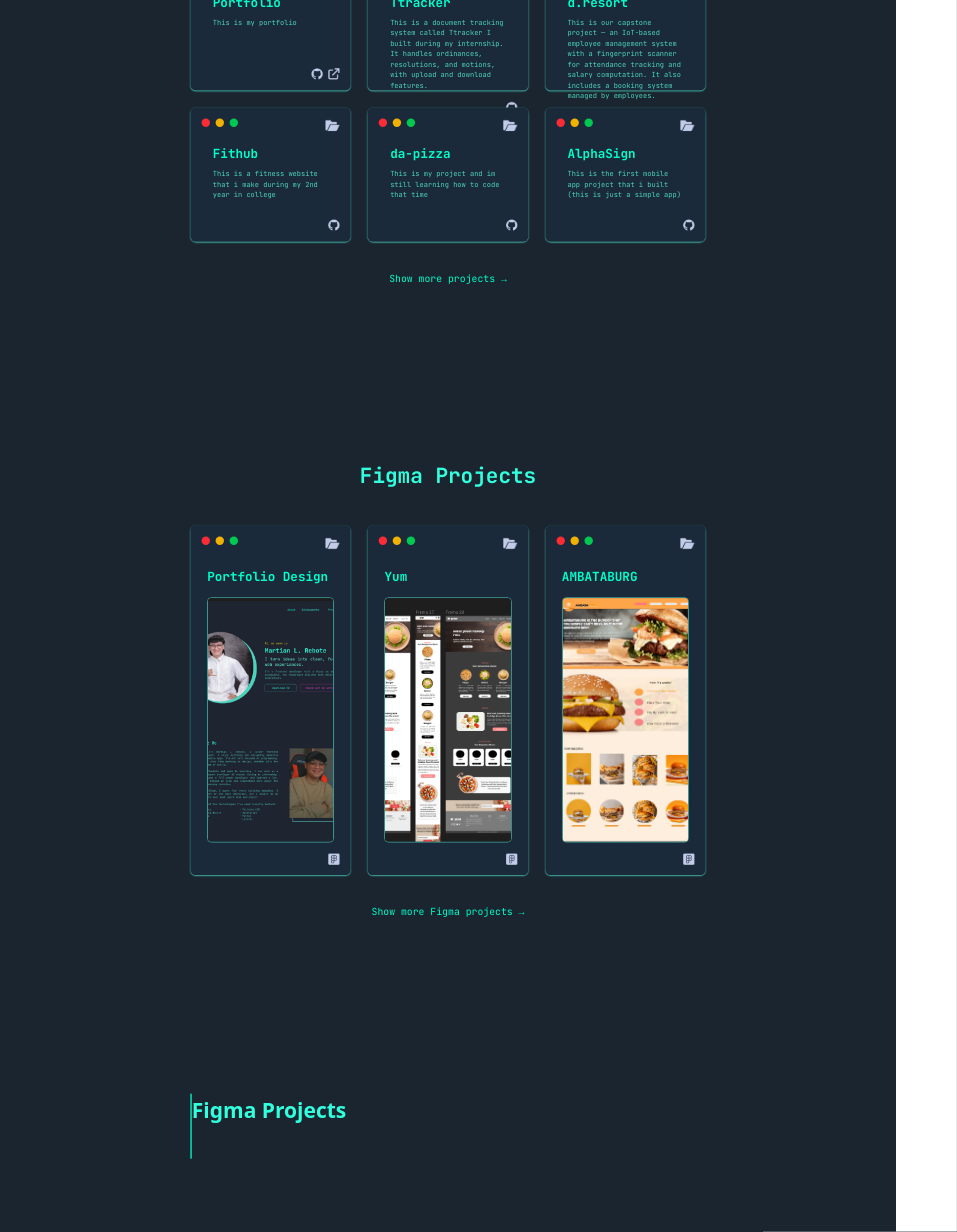
Repository: m4rsu-code/Portfolio
Page: / (app in my-portfolio/)
The author's editor kept a copy of each file at every save. The page is drawn from the files as they stood at one save, then again after the next save.
The browser window is 1280 px wide. The page is 1367 px wide, so the pictures cover 1367 px, including what lies to the right of the window. The pictures show the part of the page from y = 3038 to 4798 px (the page is 4798 px tall), at 70% of full size.
The project was rebuilt for these pictures with package versions that can differ from the ones it lists, and the page was loaded fresh each time. Also part of the build but not shown: my-portfolio/vite.config.js, my-portfolio/src/assets/components/Modal/AchievementModal.jsx, my-portfolio/src/AchievementsPage.jsx, my-portfolio/src/ProjectPage.jsx, my-portfolio/src/FigmaProjectsPage.jsx.

Above is the page before, as saved 2025-08-04 18:11:31.

### my-portfolio/src/main.jsx
import { StrictMode } from "react";
import { createRoot } from "react-dom/client";
import { BrowserRouter as Router, Routes, Route } from "react-router-dom";
import "./assets/CSS/index.css";
import App from "./App.jsx";
import AchievementsPage from "./AchievementsPage.jsx";
import ProjectPage from "./ProjectPage.jsx";
import FigmaProjectsPage from "./FigmaProjectsPage.jsx";
import ScrollToTop from "./assets/components/ScrollToTop.jsx";

createRoot(document.getElementById("root")).render(
  <StrictMode>
    <Router>
      <ScrollToTop />
      <Routes>
        <Route path="/" element={<App />} />
        <Route path="/achievements" element={<AchievementsPage />} />
        <Route path="/projects" element={<ProjectPage />} />
        <Route path="/figma-projects" element={<FigmaProjectsPage />} />
      </Routes>
    </Router>
  </StrictMode>
);

### my-portfolio/src/assets/CSS/index.css
@import "tailwindcss";

@layer base {
  .font-jetbrains-mono {
    font-family: 'JetBrains Mono', monospace;
  }
}

### my-portfolio/src/App.jsx
import { useState } from 'react';
import { Link } from 'react-router-dom';
import Navbar from './assets/components/Navbar';
import AchievementModal from './assets/components/Modal/AchievementModal';
import './assets/CSS/animation.css';
import { achievements, projects, figmaProjects } from './assets/components/data';
import ScrollToTopButton from './assets/components/ScrollToTopButton';

function App() {
  const [isModalOpen, setIsModalOpen] = useState(false);
  const [selectedAchievement, setSelectedAchievement] = useState(null);

  const openModal = (achievement) => {
    setSelectedAchievement(achievement);
    setIsModalOpen(true);
  };

  const closeModal = () => {
    setIsModalOpen(false);
    setSelectedAchievement(null);
  };

  return (
    <div className='min-h-screen bg-[#1A252F]'>
      <Navbar />
      <ScrollToTopButton />
      <div className='w-full px-60 py-10'>
        {/* Introduction Section */}
        <div className="flex flex-col items-center justify-center mt-30">
          <div className="flex flex-col md:flex-row items-center justify-center gap-35 px-8 py-16">
            {/* Image with Glowing Effect */}
            <div className="relative">
              <div className="rounded-full border-[2px] border-[#00FFCC] overflow-hidden w-[500px] h-[500px] animate-glow">
                <img
                  src="/Images/me.png"
                  alt="Martian L. Rebote"
                  className="object-cover w-full h-full"
                />
              </div>
            </div>

            {/* Text Content */}
            <div className="text-center md:text-left font-jetbrains-mono">
              <div className='w-full md:w-[750px]'>
                <p className="text-[#FFEA00] text-[18px]">Hi, my name is</p>
                <h1 className="text-[#00FFCC] text-[45px] font-bold mt-2">Martian L. Rebote</h1>
                <p className="text-base text-[30px] font-bold text-[#57CDB9] mt-4">
                  I turn ideas into clean, functional web experiences.
                </p>
                <p className="mt-4 text-[#4CD2BC] leading-relaxed text-[18px]">
                  I’m a frontend developer with a focus on building fast, accessible, and responsive websites that deliver great user experiences.
                </p>
              </div>

              <div className="mt-6 flex flex-col sm:flex-row items-center gap-4">
                <a href="/Martian_Rebote_CV.pdf" className="border border-[#00FFCC] px-5 py-2 rounded-md text-[#00FFCC] hover:bg-[#00FFCC] hover:text-black transition-colors">
                  Download CV
                </a>
                <a href="#projects" className="border border-[#FF38E5] px-5 py-2 rounded-md text-[#FF38E5] hover:bg-[#FF38E5] hover:text-black transition-colors">
                  Check out my work!
                </a>
              </div>
            </div>
          </div>
        </div>

        {/* About Me Section */}
        <div id="about" className="flex flex-col mt-30">
          <div className='flex flex-col md:flex-row items-center justify-between gap-10 px-8 py-16'>
            <div className='w-full md:w-[800px] text-left font-jetbrains-mono'>
              <h2 className='text-[#31FFDD] text-[30px] font-bold mb-7'>About Me</h2>
              <div className='w-full md:w-[900px] text-justify px-5'>
                <p className='text-[#4CD2BC] text-[18px] mt-4'>
                  Hi, I’m Martian L. Rebote, a junior frontend developer. I enjoy building and designing websites and mobile apps. I’m not only focused on programming, but I also like working on design, whether it’s for the web or mobile.
                </p>
                <p className='text-[#4CD2BC] text-[18px] mt-4'>
                  I’m flexible and open to learning. I can work as a full-stack developer if needed. During my internship, I became a full-stack developer and learned a lot, which helped me grow and understand more about the programming industry.
                </p>
                <p className='text-[#4CD2BC] text-[18px] mt-4'>
                  Some of the technologies I’ve used recently include:
                </p>

                <div className='flex flex-col sm:flex-row gap-10 mt-4'>
                  <ul className='text-[#4CD2BC] text-[18px] mt-2 list-disc pl-5'>
                    <li>React</li>
                    <li>React-Native</li>
                    <li>HTML</li>
                    <li>CSS</li>
                  </ul>
                  <ul className='text-[#4CD2BC] text-[18px] mt-2 list-disc pl-5'>
                    <li>Tailwind CSS</li>
                    <li>JavaScript</li>
                    <li>Python</li>
                    <li>Laravel</li>
                  </ul>
                </div>
              </div>
            </div>

            <div className="relative image-container w-[380px] h-[450px] group cursor-pointer">
              <div className="absolute left-5 w-full h-full border-3 border-[#00FFCC] rounded-[10px] uneven-box z-0 transition-transform duration-300 ease-in-out"></div>
              <div className="relative z-10 rounded-[10px] overflow-hidden w-full h-full transition-transform duration-300 ease-in-out group-hover:translate-x-[-10px] group-hover:translate-y-[-10px]">
                <img
                  src="/Images/me2.jpg"
                  alt="Martian L. Rebote"
                  className="object-cover w-full h-full"
                />
              </div>
            </div>
          </div>
        </div>

        {/* Achievements Section */}
        <div id="achievements" className="flex flex-col mt-30 px-8 py-16 font-jetbrains-mono">
          <h2 className="text-[#31FFDD] text-[30px] font-bold mb-12">Notable Achievements</h2>

          {/* Cards Grid - Limited to first 2 achievements */}
          <div>
            {/* First Row */}
            <div className="grid md:grid-cols-2 gap-10">
              {/* Left card (code-like box with image) */}
              <div className="bg-[#1B2A3A] rounded-lg p-4 flex flex-col h-96">
                <div className="flex gap-2 mb-4">
                  <div className="w-3 h-3 bg-red-500 rounded-full"></div>
                  <div className="w-3 h-3 bg-yellow-500 rounded-full"></div>
                  <div className="w-3 h-3 bg-green-500 rounded-full"></div>
                </div>
                <div
                  className="border border-[#4CD2BC] rounded-md flex-grow overflow-hidden group cursor-pointer"
                  onClick={() => openModal(achievements[0])}
                >
                  <img
                    src={achievements[0].image}
                    alt="Achievement Image"
                    className="w-full h-full object-cover transition-transform duration-300 ease-in-out group-hover:scale-110"
                  />
                </div>
              </div>

              {/* Right card (trophy + achievement with text) */}
              <div className="flex flex-col h-64">
                <p className="text-[#31FFDD] text-sm mb-2">Featured Achievement</p>
                <h3 className="text-[#31FFDD] text-lg font-bold flex items-center gap-2">
                  🏆 {achievements[0].title}
                </h3>
                <div className="border border-[#4CD2BC] rounded-md flex-grow mt-4 p-4 text-[#4CD2BC] text-sm overflow-auto">
                  {achievements[0].description}
                </div>
                <p className="text-[#4CD2BC] text-sm mt-2">Date: {achievements[0].date}</p>
              </div>
            </div>

            {/* Second Row */}
            <div className="grid md:grid-cols-2 gap-10 mt-10">
              {/* Left card (trophy + achievement with text) */}
              <div className="flex flex-col h-64">
                <p className="text-[#31FFDD] text-sm mb-2">Featured Achievement</p>
                <h3 className="text-[#31FFDD] text-lg font-bold flex items-center gap-2">
                  🏆 {achievements[1].title}
                </h3>
                <div className="border border-[#4CD2BC] rounded-md flex-grow mt-4 p-4 text-[#4CD2BC] text-sm overflow-auto">
                  {achievements[1].description}
                </div>
                <p className="text-[#4CD2BC] text-sm mt-2">Date: {achievements[1].date}</p>
              </div>

              {/* Right card (code-like box with image) */}
              <div className="bg-[#1B2A3A] rounded-lg p-4 flex flex-col h-96">
                <div className="flex gap-2 mb-4">
                  <div className="w-3 h-3 bg-red-500 rounded-full"></div>
                  <div className="w-3 h-3 bg-yellow-500 rounded-full"></div>
                  <div className="w-3 h-3 bg-green-500 rounded-full"></div>
                </div>
                <div
                  className="border border-[#4CD2BC] rounded-md flex-grow overflow-hidden group cursor-pointer"
                  onClick={() => openModal(achievements[1])}
                >
                  <img
                    src={achievements[1].image}
                    alt="Achievement Image"
                    className="w-full h-full object-cover transition-transform duration-300 ease-in-out group-hover:scale-110"
                  />
                </div>
              </div>
            </div>
          </div>

          {/* Show more link */}
          <div className="text-center mt-10">
            <Link
                to="/achievements"
                state={{ achievements }}
                className="text-[#31FFDD] text-sm hover:underline"
              >
                Show more achievements →
              </Link>
          </div>
        </div>

        {/* Project Section */}
        <div id='projects' className="flex flex-col mt-30 px-8 py-16 font-jetbrains-mono">
          <h2 className="text-[#31FFDD] text-[30px] text-center font-bold mb-12">Featured Projects</h2>
          <div className="grid grid-cols-1 sm:grid-cols-2 lg:grid-cols-3 gap-6">
            {projects.slice(0, 6).map((project) => (
              <div
                key={project.id}
                className="bg-[#1B2A3A] rounded-lg p-4 flex flex-col h-48 relative group shadow-xs shadow-[#4CD2BC] cursor-pointer transform transition-transform duration-300 ease-in-out hover:-translate-y-2"
              >
                <div className="flex gap-2">
                  <div className="w-3 h-3 bg-red-500 rounded-full"></div>
                  <div className="w-3 h-3 bg-yellow-500 rounded-full"></div>
                  <div className="w-3 h-3 bg-green-500 rounded-full"></div>
                  <div className="justify-end ml-auto">
                    <img src="/Images/open-folder.png" alt="Folder Icon" className="w-5 h-5" />
                  </div>
                </div>
                <div className="text-left rounded-md flex-grow p-4">
                  <h3 className="text-[#00FFCC] text-[18px] font-bold mb-2">{project.title}</h3>
                  <p className="text-[#4CD2BC] text-[10px]">{project.description}</p>
                </div>
                <div className="flex justify-end gap-2">
                  {project.githubLink ? (
                    <a href={project.githubLink} target="_blank" rel="noopener noreferrer" aria-label={`View ${project.title} on GitHub`}>
                      <img
                        src="/Images/github.png"
                        alt="GitHub Icon"
                        className="w-4 h-4 hover:invert hover:brightness-0 hover:sepia hover:saturate-[100%]"
                      />
                    </a>
                  ) : (
                    <img
                      src="/Images/github.png"
                      alt="GitHub Icon"
                      className="w-4 h-4 hover:invert hover:brightness-0 hover:sepia hover:saturate-[100%]"
                    />
                  )}
                  {project.title === 'Portfolio' && project.link && (
                    <a href={project.link} target="_blank" rel="noopener noreferrer" aria-label="View Portfolio Website">
                      <img
                        src="/Images/link.png"
                        alt="Link Icon"
                        className="w-4 h-4 hover:invert hover:brightness-0 hover:sepia hover:saturate-[100%]"
                      />
                    </a>
                  )}
                </div>
              </div>
            ))}
          </div>

          {projects.length > 6 && (
            <div className="text-center mt-10">
              <Link
                to="/projects"
                state={{ projects }}
                className="text-[#00FFCC] text-sm hover:underline"
              >
                Show more projects →
              </Link>
            </div>
          )}
        </div>

        {/* Figma Projects Section */}
        <div className="flex flex-col mt-30 px-8 py-16 font-jetbrains-mono">
          <h2 className="text-[#31FFDD] text-[30px] text-center font-bold mb-12">Figma Projects</h2>
          <div className="grid grid-cols-1 sm:grid-cols-2 lg:grid-cols-3 gap-6">
            {figmaProjects.slice(0, 3).map((project) => (
              <div
                key={project.id}
                className="bg-[#1B2A3A] rounded-lg p-4 flex flex-col h-[500px] relative group shadow-xs shadow-[#4CD2BC] cursor-pointer transform transition-transform duration-300 ease-in-out hover:-translate-y-2"
              >
                {/* Header with window controls and folder icon */}
                <div className="flex gap-2 mb-4">
                  <div className="w-3 h-3 bg-red-500 rounded-full"></div>
                  <div className="w-3 h-3 bg-yellow-500 rounded-full"></div>
                  <div className="w-3 h-3 bg-green-500 rounded-full"></div>
                  <div className="justify-end ml-auto">
                    <img src="/Images/open-folder.png" alt="Folder Icon" className="w-5 h-5" />
                  </div>
                </div>

                {/* Project Title */}
                <div className="flex items-start justify-start p-2">
                  <h3 className="text-[#00FFCC] text-[18px] font-bold">{project.title}</h3>
                </div>

                {/* Image with Border and No Overlap */}
                <div className="flex-grow flex items-center justify-center p-2">
                  <div className="border border-[#4CD2BC] rounded-md w-full h-[350px] overflow-hidden ">
                    <img
                      src={project.image}
                      alt={`${project.title} Image`}
                      className="w-full h-full object-cover"
                      onError={(e) => (e.target.src = '/Images/fallback.png')}
                      loading="lazy"
                    />
                  </div>
                </div>

                {/* Figma Link */}
                <div className="flex justify-end gap-2 mt-2">
                  {project.figmaLink && (
                    <a
                      href={project.figmaLink}
                      target="_blank"
                      rel="noopener noreferrer"
                      aria-label={`View ${project.title} on Figma`}
                    >
                      <img
                        src="/Images/figma.png"
                        alt="Figma Icon"
                        className="w-4 h-4 hover:invert hover:brightness-0 hover:sepia hover:saturate-[100%]"
                      />
                    </a>
                  )}
                </div>
              </div>
            ))}
          </div>
          {figmaProjects.length > 3 && (
            <div className="text-center mt-10">
              <Link
                to="/figma-projects"
                state={{ figmaProjects }}
                className="text-[#00FFCC] text-sm hover:underline"
              >
                Show more Figma projects →
              </Link>
            </div>
          )}
        </div>

        {/* Contact section */}
        <div className='className="flex flex-col mt-30 px-8 py-16 font-jetbrains-mono"'>
          <div className='flex'>
            <div className='border border-[#00FFCC]'></div>
            <h2 className="text-[#31FFDD] text-[30px] text-center font-bold mb-12">Figma Projects</h2>
          </div>
        </div>

        {/* Modal */}
        {isModalOpen && selectedAchievement && (
          <AchievementModal
            image={selectedAchievement.image}
            title={selectedAchievement.title}
            description={selectedAchievement.description}
            date={selectedAchievement.date}
            onClose={closeModal}
          />
        )}
      </div>
    </div>
  );
}

export default App;

### my-portfolio/src/assets/components/ScrollToTop.jsx
import { useEffect } from 'react';
import { useLocation } from 'react-router-dom';

const ScrollToTop = () => {
  const { pathname } = useLocation();

  useEffect(() => {
    // Scrolls to the top of the window on pathname change
    window.scrollTo(0, 0);
  }, [pathname]);

  return null;
};

export default ScrollToTop;

### my-portfolio/src/assets/components/Navbar.jsx
import React from 'react';
import '../CSS/Navbar.css'; // Import the CSS for styling

function Navbar() {
  return (
    <nav className="w-full px-10 py-4 flex justify-between items-center fixed top-0 left-0 z-50 bg-transparent backdrop-blur-md font-jetbrains-mono">
      {/* Logo on the left */}
      <a href="/" className='text-3xl font-bold text-[#FF38E5] cursor-pointer'>m4rsu</a>
      {/* Navigation links on the right */}
      <div className='flex gap-10 text-base'>
        <a href='#about' className='text-[#31FFDD] text-[15px] font-light nav-link'>About</a>
        <a href='#achievements' className='text-[#31FFDD] text-[15px] font-light nav-link'>Achievements</a>
        <a href='#projects' className='text-[#31FFDD] text-[15px] font-light nav-link'>Projects</a>
        <a href='#contact' className='text-[#31FFDD] text-[15px] font-light nav-link'>Contact</a>
      </div>
    </nav>
  );
}

export default Navbar;

### my-portfolio/src/assets/CSS/animation.css
@keyframes glow {
  0% {
    box-shadow: 0 0 5px #00FFCC, 0 0 10px #00FFCC, 0 0 15px #00FFCC, 0 0 20px #00FFCC;
  }
  50% {
    box-shadow: 0 0 10px #00FFCC, 0 0 20px #00FFCC, 0 0 30px #00FFCC, 0 0 40px #00FFCC;
  }
  100% {
    box-shadow: 0 0 5px #00FFCC, 0 0 10px #00FFCC, 0 0 15px #00FFCC, 0 0 20px #00FFCC;
  }
}

@keyframes glow {
  0% {
    box-shadow: 0 0 5px #00FFCC, 0 0 10px #00FFCC;
  }
  50% {
    box-shadow: 0 0 15px #00FFCC, 0 0 25px #00FFCC;
  }
  100% {
    box-shadow: 0 0 5px #00FFCC, 0 0 10px #00FFCC;
  }
}

.animate-glow {
  animation: glow 2s ease-in-out infinite;
}

.uneven-box {
  transform: translateY(20px); /* move it downward initially */

  transition: transform 0.3s ease-in-out;
}

.image-container:hover .uneven-box {
  transform: translateY(30px); /* move it further down on hover */
}

### my-portfolio/src/assets/components/ScrollToTopButton.jsx
import { useEffect, useState } from 'react';
import scrollTop from '/Images/scroll-top.png'; // Assuming you have an image for the button

function ScrollToTopButton() {
  const [isVisible, setIsVisible] = useState(false);
  const [scrollProgress, setScrollProgress] = useState(0);

  useEffect(() => {
    const handleScroll = () => {
      const scrollTop = window.scrollY;
      const winHeight = document.documentElement.scrollHeight - window.innerHeight;
      const scrolled = (scrollTop / winHeight) * 100;
      setScrollProgress(scrolled);

      setIsVisible(scrollTop > 300); // show after scrolling down
    };

    window.addEventListener('scroll', handleScroll);
    return () => window.removeEventListener('scroll', handleScroll);
  }, []);

  const scrollToTop = () => {
    window.scrollTo({ top: 0, behavior: 'smooth' });
  };

  const radius = 28;
  const stroke = 4;
  const normalizedRadius = radius - stroke * 2;
  const circumference = normalizedRadius * 2 * Math.PI;
  const strokeDashoffset = circumference - (scrollProgress / 100) * circumference;

  return (
    isVisible && (
      <button
        onClick={scrollToTop}
        className="fixed bottom-6 right-6 w-16 h-16 z-50 flex items-center justify-center cursor-pointer"
        aria-label="Scroll to top"
      >
        {/* Circular Progress Ring */}
        <svg
          className="absolute"
          height={radius * 2}
          width={radius * 2}
        >
          <circle
            stroke="#4CD2BC"
            fill="transparent"
            strokeWidth={stroke}
            strokeDasharray={circumference + ' ' + circumference}
            style={{ strokeDashoffset, transition: 'stroke-dashoffset 0.35s' }}
            r={normalizedRadius}
            cx={radius}
            cy={radius}
          />
        </svg>

        {/* Center image */}
        <img
          src={scrollTop}
          alt="Scroll to top"
          className="w-4 h-4 relative z-10"
        />
      </button>
    )
  );
}

export default ScrollToTopButton;

### my-portfolio/src/assets/CSS/Navbar.css
.nav-link {
  position: relative;
  text-decoration: none;
}

.nav-link::after {
  content: '';
  position: absolute;
  width: 100%;
  height: 2px;
  bottom: -2px;
  left: 0;
  background-color: #31FFDD;
  transform: scaleX(0);
  transform-origin: bottom right;
  transition: transform 0.3s ease-in-out;
}

.nav-link:hover::after {
  transform: scaleX(1);
  transform-origin: bottom left;
}

Loaded but not shown: my-portfolio/index.html (common file); my-portfolio/src/assets/components/data.jsx (105 lines, source omitted)

After the next save:
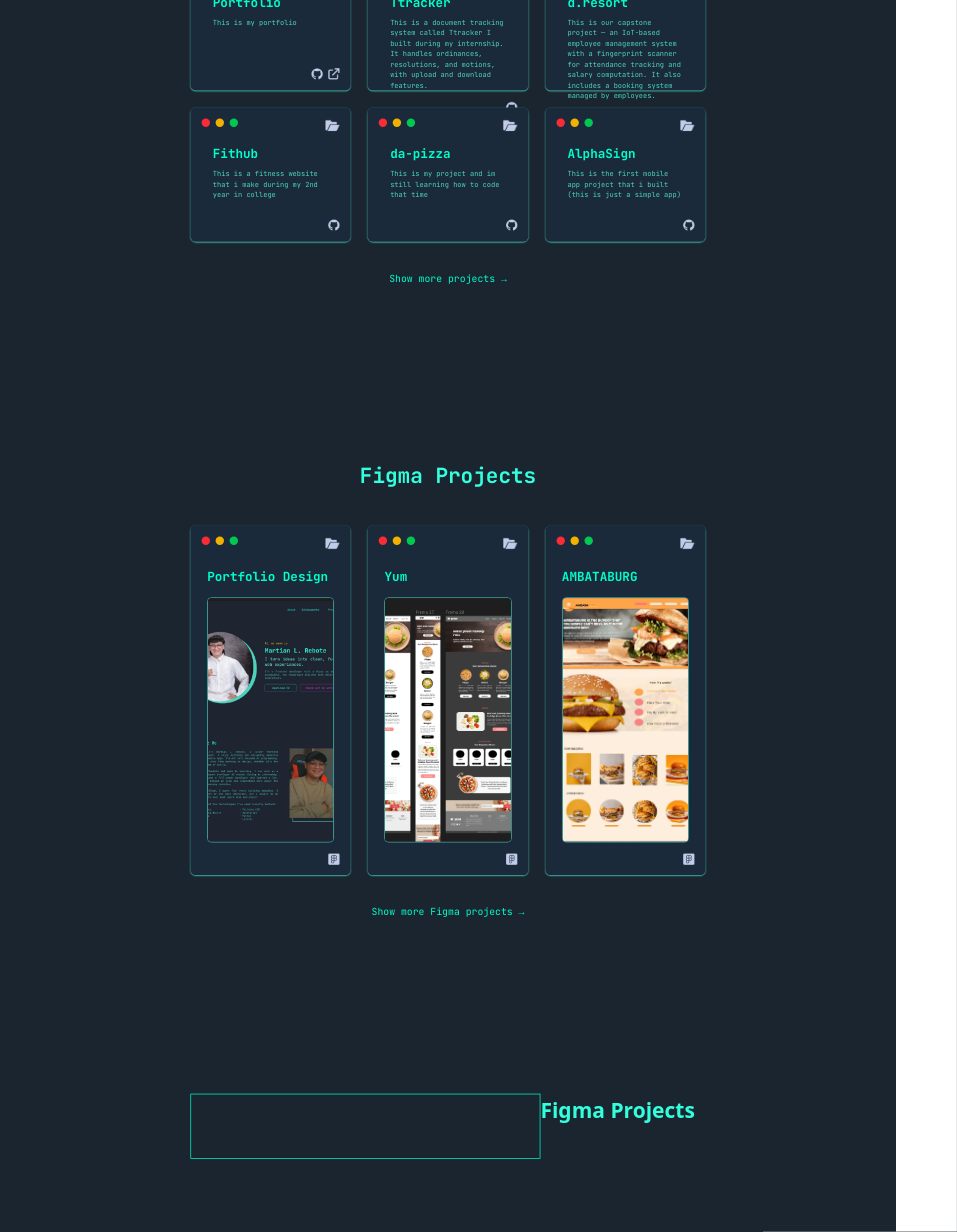
Saved 10 s later.
--- a/my-portfolio/src/App.jsx
+++ b/my-portfolio/src/App.jsx
@@ -334,7 +334,7 @@ function App() {
         {/* Contact section */}
         <div className='className="flex flex-col mt-30 px-8 py-16 font-jetbrains-mono"'>
           <div className='flex'>
-            <div className='border border-[#00FFCC]'></div>
+            <div className='border border-[#00FFCC] w-[500px]'></div>
             <h2 className="text-[#31FFDD] text-[30px] text-center font-bold mb-12">Figma Projects</h2>
           </div>
         </div>
